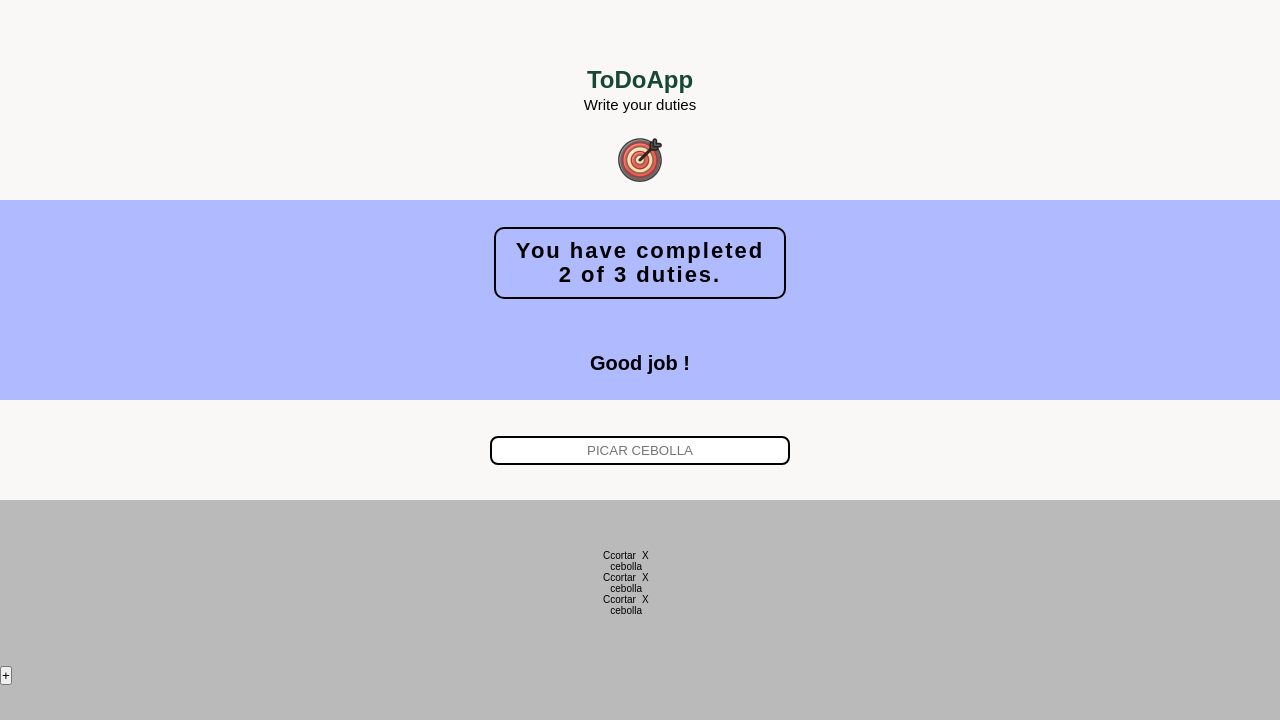
Repository: ChristianGecchelin/to-do-app
Page: /
An editor plug-in stored every save of this project. The page is shown before and after the next save, followed by the edit.
The browser window is 1280 px wide. The pictures show the whole page.
The project was rebuilt for these pictures with package versions that can differ from the ones it lists, and the page was loaded fresh each time.

Above is the page before, as saved 2022-01-12 15:17:38.

After the next save:
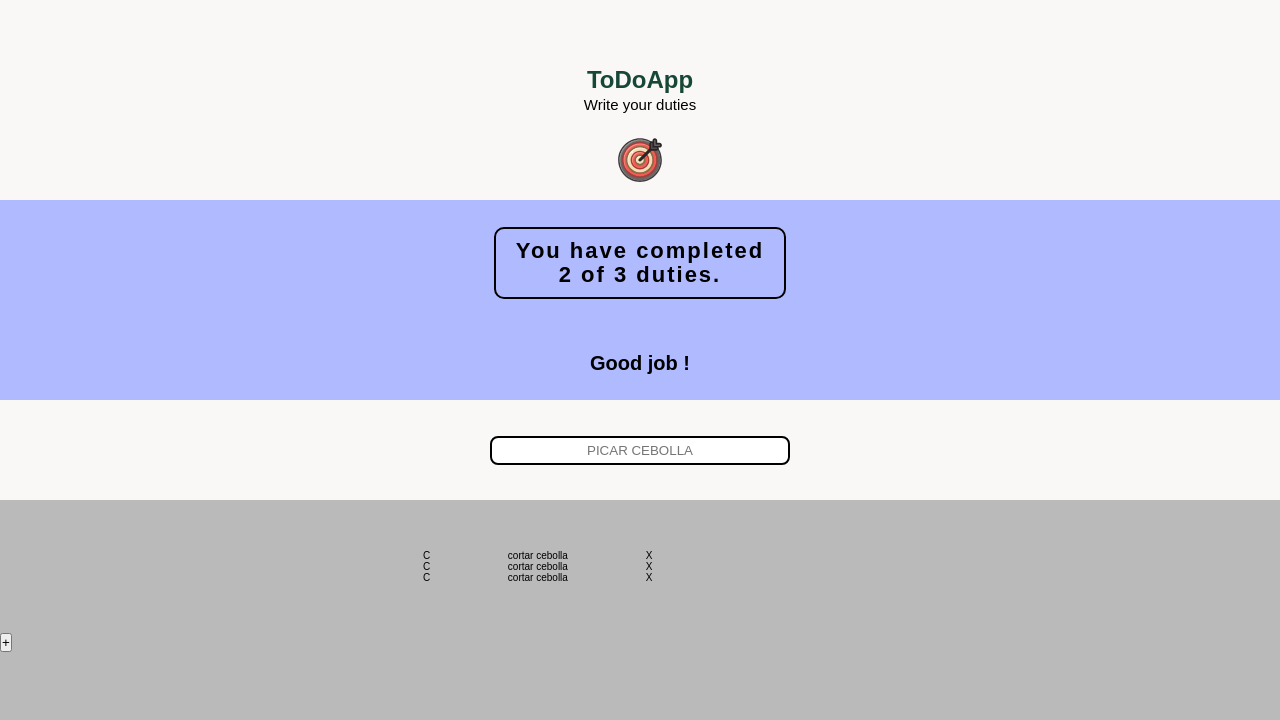
Saved 12 s later.
--- a/src/styles/ToDoList.css
+++ b/src/styles/ToDoList.css
@@ -7,6 +7,9 @@
   height: auto;
   padding: 50px 0;
 }
+.item-container {
+  width: 40%;
+}
 .list-item {
   display: flex;
   flex-direction: row;
